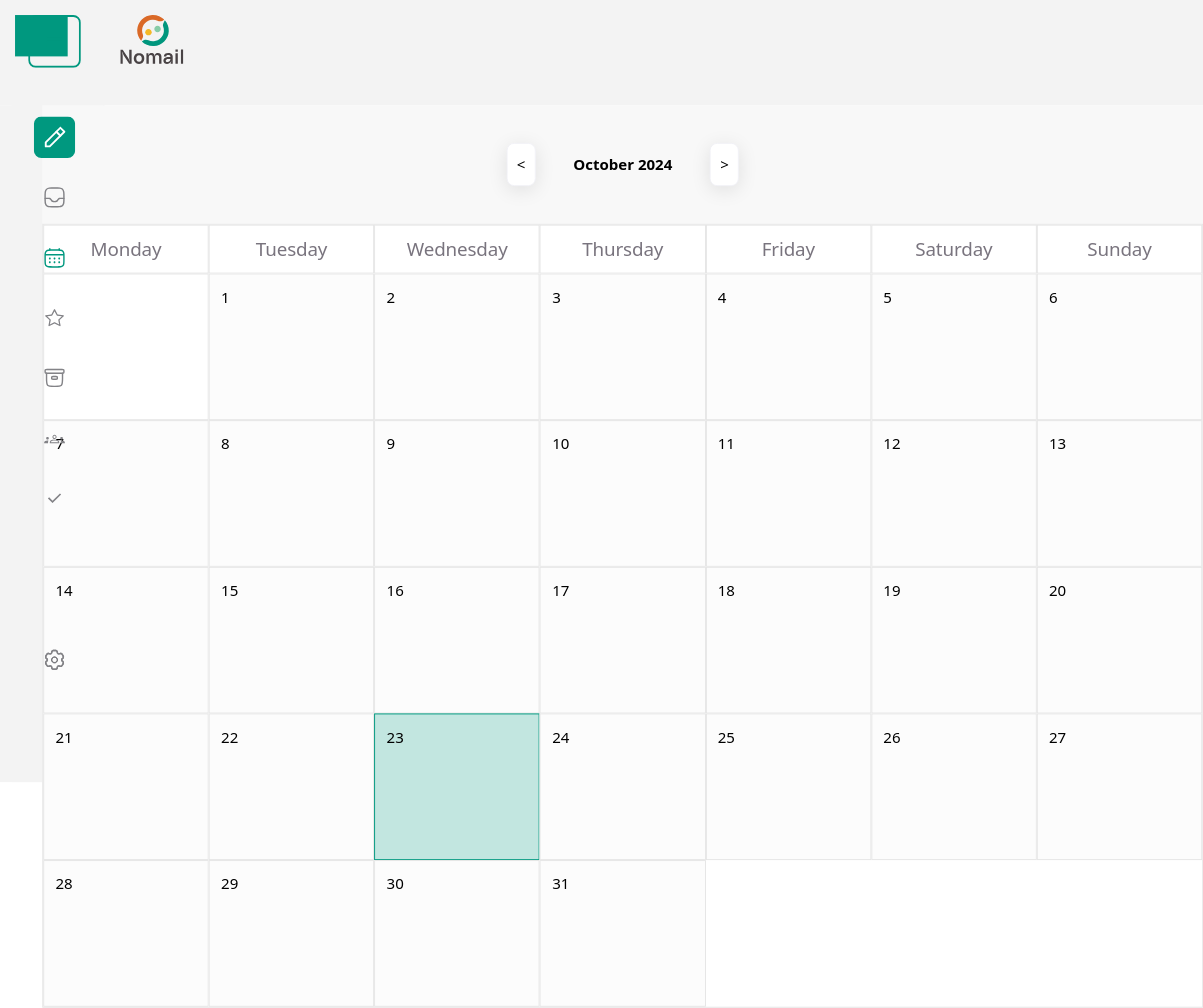
Repository: Tofigkh1/Nomail-App
Page: /calendar
These files come from the project's save history. The page is drawn as it stood at one moment and after the next save; the edit follows.
The browser window is 1280 px wide. The pictures show the whole page, at 94% of full size.
The project was rebuilt for these pictures with package versions that can differ from the ones it lists, and the page was loaded fresh each time. The framework's server and built-in components were replaced by stand-ins that run in the browser. Also part of the build but not shown: next.config.mjs, components/shared/svg/calendarSvg.jsx.

Above is the page before, as saved 2024-10-23 03:10:13.

### app/layout.tsx
import type { Metadata } from "next";
import localFont from "next/font/local";
import "./Styles/globals.css";
import Header from "@/components/shared/client/Header/header";

const geistSans = localFont({
  src: "./fonts/GeistVF.woff",
  variable: "--font-geist-sans",
  weight: "100 900",
});
const geistMono = localFont({
  src: "./fonts/GeistMonoVF.woff",
  variable: "--font-geist-mono",
  weight: "100 900",
});

export const metadata: Metadata = {
  title: "Create Next App",
  description: "Generated by create next app",
};

export default function RootLayout({
  children,
}: Readonly<{
  children: React.ReactNode;
}>) {
  return (
    <html lang="en">
      <body
        className={`${geistSans.variable} ${geistMono.variable} antialiased`}
      >
        {children}

      </body>
    </html>
  );
}

### app/calendar/page.tsx
"use client"
import Header from "@/components/shared/client/Header/header";
import Sidebar, { SidebarContext, SidebarItem } from "@/components/shared/client/SideBarMenu/sideBarMenu";
import NomailPaleSvg from '../../components/shared/svg/nomailPaleSvg';
import NewMail from '../../components/shared/svg/newMail';
import InboxSvg from '../../components/shared/svg/InboxSvg';
import CalendarSvg from '../../components/shared/svg/calendarSvg';
import FavoritesSvg from '../../components/shared/svg/FavoritesSvg';
import ArchiveSvg from '../../components/shared/svg/ArchiveSvg';
import GroupSvg from '../../components/shared/svg/groupSvg';
import TodoSvg from '../../components/shared/svg/TodoSvg';
import { useState } from "react";
import MainFrameMessage from "@/components/shared/client/MainFrameMessage";
import { Calendar } from '../../components/shared/client/Calendar/index';
import { usePathname } from "next/navigation";
import Link from "next/link"; // Link ile yönlendirme yapacağız
import CalendarActiveSvg from "../../components/shared/svg/calendarActiveSvg";
import SettingSvg from "../../components/shared/svg/settingSvg";

export default function CalendarPage() {
    const [expanded, setExpanded] = useState(false); // Sidebar state
    const pathname = usePathname(); // Pathname'i almak için usePathname kullanıldı

    // Sidebar genişliği: genişletildiğinde 250px, daraltıldığında 95px olacak
    const sidebarWidth = expanded ? '200px' : '45px';

    return (
        <div>
            <SidebarContext.Provider value={{ expanded, setExpanded }}>
                <div>
                    <Header />

                    <div className="flex">
                        {/* Sidebar Section */}
                        <div style={{ width: sidebarWidth }}>
                            <Sidebar>
                                <SidebarItem
                                    icon={<NewMail />}
                                    text="New Mail"
                                    active={false}
                                    onClick={() => {}} // Handle clicks if needed
                                />
                                <SidebarItem
                                    icon={<InboxSvg />}
                                    text="Inbox"
                                    active={false}
                                    onClick={() => {}}
                                />
                                  <SidebarItem
                                icon={pathname === '/calendar' ? <CalendarActiveSvg /> : <CalendarSvg />}
                                active={pathname === '/calendar'}
                                text="Calendar"
                                onClick={() => push('/calendar')}
                            />
                                <SidebarItem
                                    icon={<FavoritesSvg />}
                                    text="Favorites"
                                    active={false}
                                    onClick={() => {}}
                                />
                                <SidebarItem
                                    icon={<ArchiveSvg />}
                                    text="Archive"
                                    active={false}
                                    onClick={() => {}}
                                />
                                <SidebarItem
                                    icon={<GroupSvg />}
                                    text="Groups"
                                    active={false}
                                    onClick={() => {}}
                                />
                                <SidebarItem
                                    icon={<TodoSvg />}
                                    text="To do"
                                    active={false}
                                    onClick={() => {}}
                                />
                                   {/* Settings item moved to the bottom */}
                            <div className=" mt-28">
                                <SidebarItem
                                    icon={<SettingSvg />}
                                    text="Settings"
                                    active={false}
                                    onClick={() => {}}
                                />
                            </div>
                            </Sidebar>
                        </div>
                        <div className="flex flex-grow justify-center ">
                   <Calendar/>
                        </div>


                    </div>
                </div>
            </SidebarContext.Provider>
        </div>
    );
}

### app/Styles/globals.css
@tailwind base;
@tailwind components;
@tailwind utilities;


.App {
  font-family: sans-serif;
  text-align: center;
}


:root {
  --background: #ffffff;
  --foreground: #171717;
}

@media (prefers-color-scheme: dark) {
  :root {
    --background: #0a0a0a;
    --foreground: #ededed;
  }
}


@layer utilities {
  .text-balance {
    text-wrap: balance;
  }
}

### components/shared/client/Header/header.tsx
import { useContext } from "react";
import { SidebarContext } from '../SideBarMenu/sideBarMenu'; // Import context
import NomailLogo from "@/components/shared/svg/headerlLogoSvg";
import HamburgerBtnSvg from "../../svg/hamburgerBtnSvg"



export default function Header() {

    const { expanded, setExpanded } = useContext(SidebarContext); // Access context

    return (
        <div className="flex items-center justify-between p-4 bg-headerColor text-white">
            <div className='w-auto h-20 flex gap-14'>

                <div>
                    <button onClick={() => setExpanded(!expanded)}
                            className="pl-3.5 bg-textColorGreen hover:bg-clientButtonGreen w-14 h-11">
                        <HamburgerBtnSvg/>
                    </button>
                </div>

                <div>
                    <NomailLogo/>
                </div>


            </div>
        </div>
    );
}

### components/shared/client/SideBarMenu/sideBarMenu.tsx
import React, { useState, useContext, ReactNode } from "react";
import { ChevronFirst, ChevronLast } from "lucide-react";

export const SidebarContext = React.createContext<{ expanded: boolean; setExpanded: (expanded: boolean) => void; }>({
    expanded: false,
    setExpanded: () => {},
});

// Sidebar component now depends on context for state
export default function Sidebar({ children }: { children: ReactNode }) {
    const { expanded, setExpanded } = useContext(SidebarContext);

    return (
        <aside className="h-screen bg-headerColor">
            <nav
                className={`h-full flex flex-col bg-headerColor border-r border-whiteLight3 transition-all duration-200 ease-in-out ml-3 ${expanded ? "w-[127%] h-[130%] " : "w-[99px]"}`}>

                <ul className=" flex-1 px-3">{children}</ul>
            </nav>
        </aside>
    );
}

// SidebarItem component for individual items inside the sidebar
type SidebarItemProps = {
    icon: ReactNode;   // Icon to display in the sidebar item
    text: string;      // Text to display in the sidebar item
    active: boolean;   // Boolean to determine if the item is active (highlighted)
    onClick: () => void; // Add onClick function to handle clicks
    style?: React.CSSProperties;
};

export function SidebarItem({icon, text, active, onClick,style}: SidebarItemProps) {
    const context = useContext(SidebarContext); // Sidebar context to manage expanded/collapsed state
    const {expanded} = context!;

    return (
        <li
            onClick={onClick} // Attach the click handler here
            style={style}
            className={`group relative flex items-center py-2 px-3 my-1 font-medium rounded-md cursor-pointer duration-300 ease-in-out transition-colors
          ${
                active
                    ? " text-mainRedLight " // Active item style
                    : " text-gray-600 " // Hover style for non-active items
            }`}
        >

            <span className="text-xl transition-all duration-300 ease-in-out">
        {icon}
      </span>

            {/* Text büyütüldü ve boşluk artırıldı */}
            {expanded && (
                <span className="ml-4 text-xl text-black transition-all duration-300 ease-in-out ">
          {text}
        </span>
            )}

            {/* Navbar kapalıyken hover ile çıkan isimler için arka plan yeşil yapıldı */}
            {!expanded && (
                <span
                    className={` absolute left-full whitespace-nowrap bg-textColorGreen text-white rounded-md py-1 px-2 transition-all duration-300 ease-in-out ml-2 opacity-0 group-hover:opacity-100`}
                >
          {text}
        </span>
            )}
        </li>
    );
}

### components/shared/svg/newMail.jsx
'use client'
export default function  newMail(){
    return(
        <>
            <svg width="44" height="44" viewBox="0 0 44 44" fill="none" xmlns="http://www.w3.org/2000/svg">
                <rect width="44" height="44" rx="8" fill="#00987F"/>
                <path fill-rule="evenodd" clip-rule="evenodd"
                      d="M27.5115 11.2439C27.902 10.8534 28.5351 10.8534 28.9257 11.2438L33.1687 15.4863C33.3562 15.6739 33.4616 15.9282 33.4616 16.1935C33.4616 16.4587 33.3562 16.7131 33.1687 16.9006L17.6122 32.4571C17.4247 32.6446 17.1703 32.75 16.9051 32.75H12.6626C12.1103 32.75 11.6626 32.3023 11.6626 31.75V27.5075C11.6626 27.2423 11.768 26.9879 11.9555 26.8004L27.5115 11.2439ZM28.2187 13.3652L13.6626 27.9217V30.75H16.4909L31.0473 16.1935L28.2187 13.3652Z"
                      fill="white"/>
                <path fill-rule="evenodd" clip-rule="evenodd"
                      d="M23.269 15.4864C23.6595 15.0959 24.2927 15.0959 24.6832 15.4864L28.9257 19.7289C29.3162 20.1194 29.3162 20.7526 28.9257 21.1431C28.5352 21.5336 27.902 21.5336 27.5115 21.1431L23.269 16.9006C22.8784 16.5101 22.8784 15.8769 23.269 15.4864Z"
                      fill="white"/>
            </svg>


        </>
    )
}

### components/shared/svg/FavoritesSvg.jsx
'use client'
export default function  favoritesSvg(){
    return(
        <>
            <svg width="44" height="44" viewBox="0 0 44 44" fill="none" xmlns="http://www.w3.org/2000/svg">
                <path
                    d="M15.5808 30.2201C15.4833 30.7528 16.0307 31.1692 16.5132 30.9316L22.0006 28.2246L27.4868 30.9316C27.9693 31.1692 28.5168 30.7528 28.4193 30.2213L27.3818 24.5457L31.7842 20.5188C32.1967 20.142 31.9842 19.4533 31.4317 19.3789L25.3093 18.5438L22.5794 13.3517C22.5274 13.2465 22.4453 13.1576 22.3428 13.0953C22.2402 13.0331 22.1214 13 22 13C21.8787 13 21.7598 13.0331 21.6573 13.0953C21.5547 13.1576 21.4727 13.2465 21.4206 13.3517L18.6907 18.545L12.5683 19.3801C12.0171 19.4545 11.8033 20.1432 12.2146 20.52L16.6182 24.5469L15.5808 30.2225V30.2201ZM21.7119 26.8999L17.1045 29.1725L17.972 24.4245C17.9928 24.3152 17.9852 24.2026 17.9496 24.0969C17.914 23.9911 17.8517 23.8955 17.7682 23.8185L14.1358 20.4948L19.2007 19.8037C19.3054 19.788 19.4046 19.7484 19.4901 19.6883C19.5756 19.6281 19.6448 19.5492 19.6919 19.4581L21.9981 15.0688L24.3068 19.4581C24.354 19.5492 24.4232 19.6281 24.5086 19.6883C24.5941 19.7484 24.6934 19.788 24.7981 19.8037L29.863 20.4936L26.2306 23.8173C26.1469 23.8944 26.0844 23.9903 26.0488 24.0962C26.0133 24.2022 26.0057 24.315 26.0268 24.4245L26.8943 29.1725L22.2869 26.8999C22.1979 26.8555 22.0991 26.8324 21.9988 26.8324C21.8985 26.8324 21.8009 26.8555 21.7119 26.8999Z"
                    fill="#A4A4A9"/>
                <path
                    d="M15.5808 30.2201C15.4833 30.7528 16.0307 31.1692 16.5132 30.9316L22.0006 28.2246L27.4868 30.9316C27.9693 31.1692 28.5168 30.7528 28.4193 30.2213L27.3818 24.5457L31.7842 20.5188C32.1967 20.142 31.9842 19.4533 31.4317 19.3789L25.3093 18.5438L22.5794 13.3517C22.5274 13.2465 22.4453 13.1576 22.3428 13.0953C22.2402 13.0331 22.1214 13 22 13C21.8787 13 21.7598 13.0331 21.6573 13.0953C21.5547 13.1576 21.4727 13.2465 21.4206 13.3517L18.6907 18.545L12.5683 19.3801C12.0171 19.4545 11.8033 20.1432 12.2146 20.52L16.6182 24.5469L15.5808 30.2225V30.2201ZM21.7119 26.8999L17.1045 29.1725L17.972 24.4245C17.9928 24.3152 17.9852 24.2026 17.9496 24.0969C17.914 23.9911 17.8517 23.8955 17.7682 23.8185L14.1358 20.4948L19.2007 19.8037C19.3054 19.788 19.4046 19.7484 19.4901 19.6883C19.5756 19.6281 19.6448 19.5492 19.6919 19.4581L21.9981 15.0688L24.3068 19.4581C24.354 19.5492 24.4232 19.6281 24.5086 19.6883C24.5941 19.7484 24.6934 19.788 24.7981 19.8037L29.863 20.4936L26.2306 23.8173C26.1469 23.8944 26.0844 23.9903 26.0488 24.0962C26.0133 24.2022 26.0057 24.315 26.0268 24.4245L26.8943 29.1725L22.2869 26.8999C22.1979 26.8555 22.0991 26.8324 21.9988 26.8324C21.8985 26.8324 21.8009 26.8555 21.7119 26.8999Z"
                    fill="black" fill-opacity="0.2"/>
            </svg>


        </>
    )
}

### components/shared/svg/ArchiveSvg.jsx
'use client'
export default function archiveSvg(){
    return(
        <>
            <svg width="44" height="44" viewBox="0 0 44 44" fill="none" xmlns="http://www.w3.org/2000/svg">
                <path
                    d="M19 22C19 21.534 19 21.301 19.076 21.117C19.1777 20.8725 19.3723 20.6783 19.617 20.577C19.801 20.5 20.034 20.5 20.5 20.5H23.5C23.966 20.5 24.199 20.5 24.383 20.576C24.6275 20.6777 24.8217 20.8723 24.923 21.117C25 21.301 25 21.534 25 22C25 22.466 25 22.699 24.924 22.883C24.8223 23.1275 24.6277 23.3217 24.383 23.423C24.199 23.5 23.966 23.5 23.5 23.5H20.5C20.034 23.5 19.801 23.5 19.617 23.424C19.3725 23.3223 19.1783 23.1277 19.077 22.883C19 22.699 19 22.466 19 22Z"
                    stroke="#A4A4A9" stroke-width="1.5"/>
                <path
                    d="M19 22C19 21.534 19 21.301 19.076 21.117C19.1777 20.8725 19.3723 20.6783 19.617 20.577C19.801 20.5 20.034 20.5 20.5 20.5H23.5C23.966 20.5 24.199 20.5 24.383 20.576C24.6275 20.6777 24.8217 20.8723 24.923 21.117C25 21.301 25 21.534 25 22C25 22.466 25 22.699 24.924 22.883C24.8223 23.1275 24.6277 23.3217 24.383 23.423C24.199 23.5 23.966 23.5 23.5 23.5H20.5C20.034 23.5 19.801 23.5 19.617 23.424C19.3725 23.3223 19.1783 23.1277 19.077 22.883C19 22.699 19 22.466 19 22Z"
                    stroke="black" stroke-opacity="0.2" stroke-width="1.5"/>
                <path
                    d="M30.5 17V23C30.5 26.771 30.5 28.657 29.328 29.828C28.157 31 26.271 31 22.5 31H21.5C17.729 31 15.843 31 14.672 29.828C13.5 28.657 13.5 26.771 13.5 23V17"
                    stroke="#A4A4A9" stroke-width="1.5" stroke-linecap="round"/>
                <path
                    d="M30.5 17V23C30.5 26.771 30.5 28.657 29.328 29.828C28.157 31 26.271 31 22.5 31H21.5C17.729 31 15.843 31 14.672 29.828C13.5 28.657 13.5 26.771 13.5 23V17"
                    stroke="black" stroke-opacity="0.2" stroke-width="1.5" stroke-linecap="round"/>
                <path
                    d="M12 15C12 14.057 12 13.586 12.293 13.293C12.586 13 13.057 13 14 13H30C30.943 13 31.414 13 31.707 13.293C32 13.586 32 14.057 32 15C32 15.943 32 16.414 31.707 16.707C31.414 17 30.943 17 30 17H14C13.057 17 12.586 17 12.293 16.707C12 16.414 12 15.943 12 15Z"
                    stroke="#A4A4A9" stroke-width="1.5"/>
                <path
                    d="M12 15C12 14.057 12 13.586 12.293 13.293C12.586 13 13.057 13 14 13H30C30.943 13 31.414 13 31.707 13.293C32 13.586 32 14.057 32 15C32 15.943 32 16.414 31.707 16.707C31.414 17 30.943 17 30 17H14C13.057 17 12.586 17 12.293 16.707C12 16.414 12 15.943 12 15Z"
                    stroke="black" stroke-opacity="0.2" stroke-width="1.5"/>
            </svg>

        </>
    )
}

### components/shared/svg/TodoSvg.jsx
'use client'
export default function  todoSvg(){
    return(
        <>
            <svg width="44" height="44" viewBox="0 0 44 44" fill="none" xmlns="http://www.w3.org/2000/svg">
                <path d="M19.8957 27L15 22.2599L16.2239 21.0748L19.8957 24.6299L27.7761 17L29 18.185L19.8957 27Z"
                      fill="#A4A4A9"/>
                <path d="M19.8957 27L15 22.2599L16.2239 21.0748L19.8957 24.6299L27.7761 17L29 18.185L19.8957 27Z"
                      fill="black" fill-opacity="0.2"/>
            </svg>

        </>
    )
}

### components/shared/svg/hamburgerBtnSvg.jsx
'use client'
export default function  HamburgerBtnSvg(){
    return(
        <>
            <svg width="56" height="56" viewBox="0 0 56 56" fill="none" xmlns="http://www.w3.org/2000/svg">
                <rect x="1" y="1" width="54" height="54" rx="7" stroke="#00987F" stroke-width="2"/>
                <path d="M19 22H37V24H19V22ZM19 27H37V29H19V27ZM19 32H37V34H19V32Z" fill="#00987F"/>
            </svg>


        </>
    )
}

### tailwind.config.ts
import type { Config } from "tailwindcss";

const config: Config = {
  content: [
    "./pages/**/*.{js,ts,jsx,tsx,mdx}",
    "./components/**/*.{js,ts,jsx,tsx,mdx}",
    "./app/**/*.{js,ts,jsx,tsx,mdx}",
  ],
  theme: {
    extend: {
      colors: {
        background: "var(--background)",
        foreground: "var(--foreground)",
        headerColor: "#F3F3F3",
        textColorGreen: "#00987F",
        textGray: "#A4A4A9",
        sideBarColor: "#E5E5E5",
        textColGreen: "#00987F",
        bordersColor: "#D1D1D6"
      },
    },
  },
  plugins: [],
};
export default config;

Loaded but not shown: components/shared/svg/settingSvg.jsx (25 lines, source omitted); components/shared/client/Calendar/index.jsx (361 lines, source omitted); components/shared/svg/InboxSvg.jsx (17 lines, source omitted); components/shared/svg/groupSvg.jsx (17 lines, source omitted); components/shared/svg/headerlLogoSvg.jsx (38 lines, source omitted); components/shared/client/Calendar/Calendar.css (259 lines, source omitted); components/shared/svg/calendarActiveSvg.jsx (18 lines, source omitted)

After the next save:
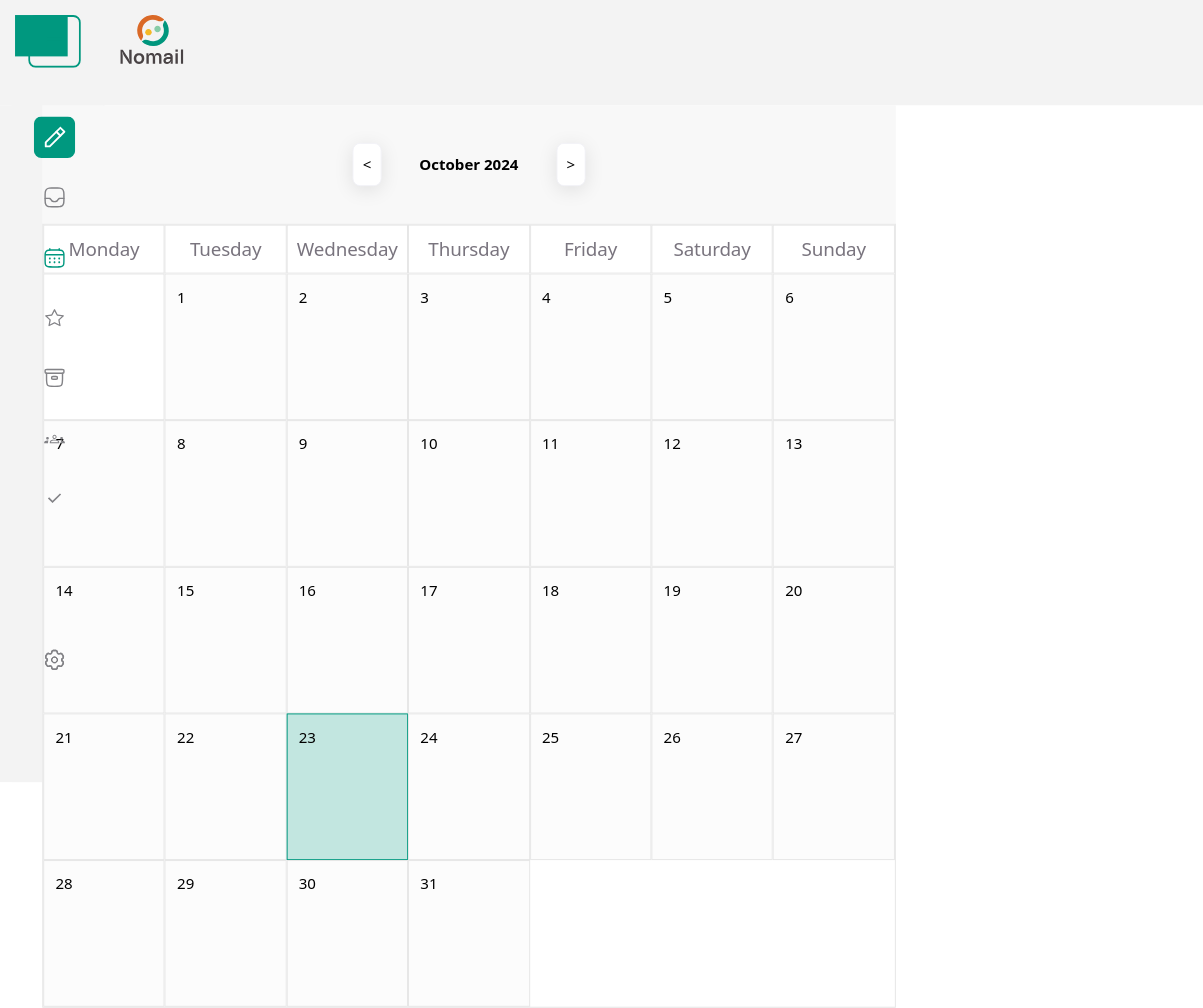
Saved 5 s later.
--- a/app/calendar/page.tsx
+++ b/app/calendar/page.tsx
@@ -87,7 +87,7 @@
                             </div>
                             </Sidebar>
                         </div>
-                        <div className="flex flex-grow justify-center ">
+                        <div className="">
                    <Calendar/>
                         </div>
 

After the save that followed:
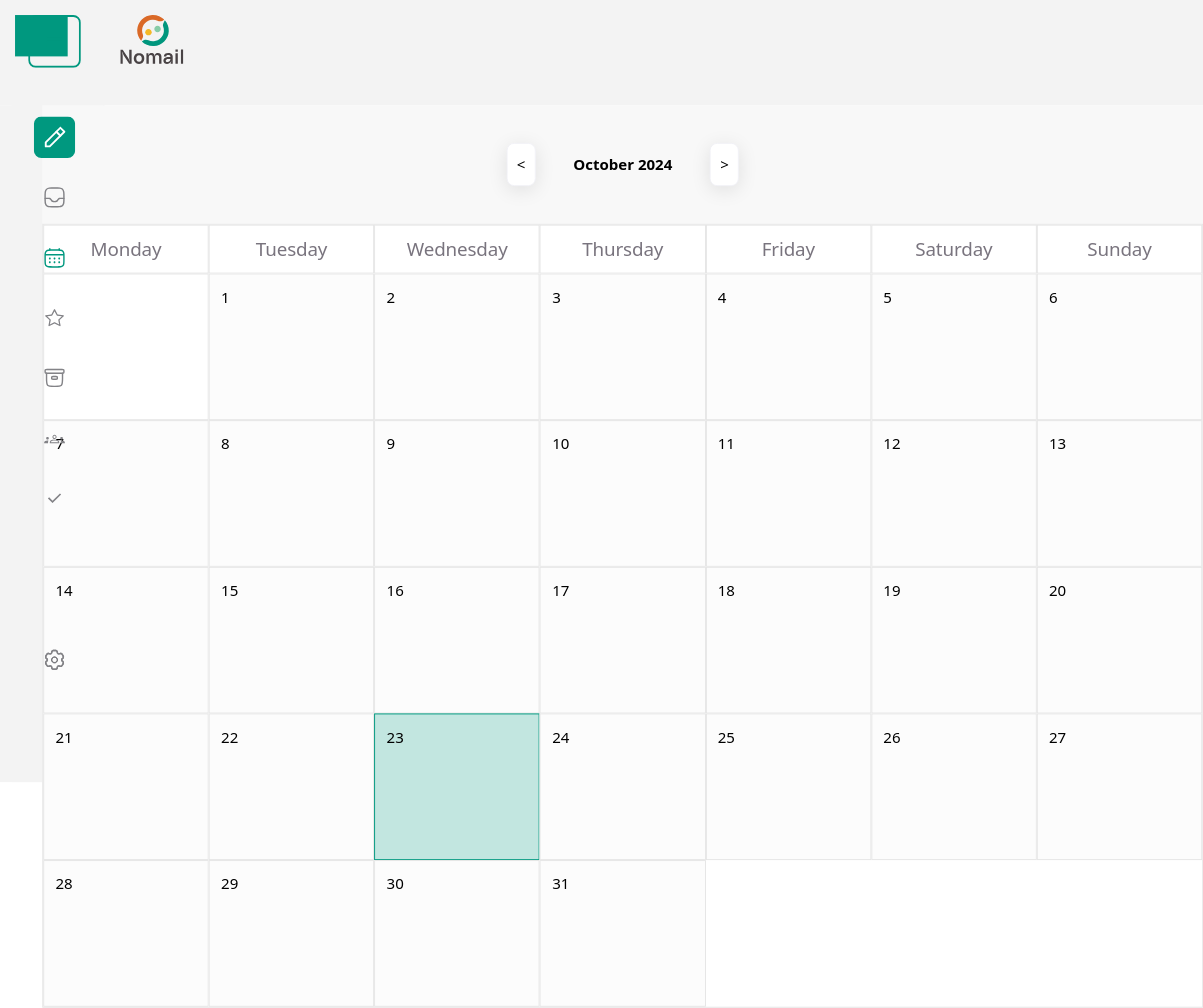
Saved 12 s later.
--- a/app/calendar/page.tsx
+++ b/app/calendar/page.tsx
@@ -87,7 +87,7 @@
                             </div>
                             </Sidebar>
                         </div>
-                        <div className="">
+                        <div className="flex flex-grow justify-center ">
                    <Calendar/>
                         </div>
 
